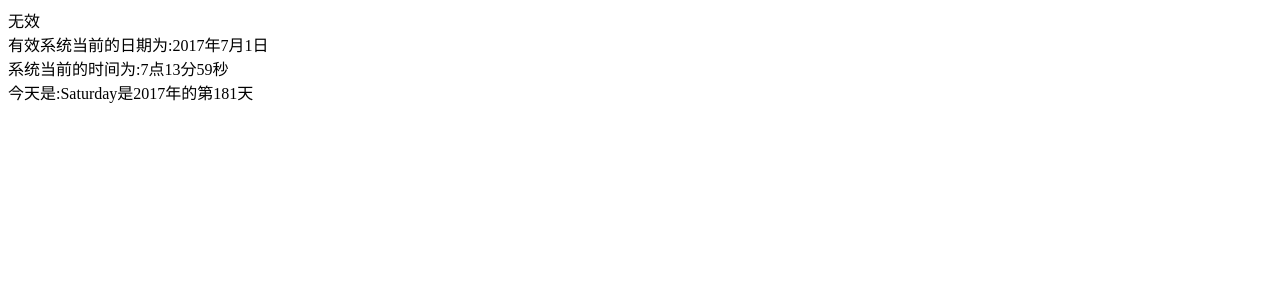
Repository: ljcan/PHP_Scripts
Page: http://localhost/src/new_file04.php
The author's editor kept a copy of each file at every save. The page is drawn from the files as they stood at one save, then again after the next save.
The browser window is 1280 px wide. The pictures show the whole page.
The page is run by PHP 8.4 with error messages shown; the project is at /var/www/html/.

Above is the page before, as saved 2017-07-03 13:56:14.

### myjavascript_file/myphp/src/new_file04.php
<html>
	<head>
		 <meta http-equiv="Content-Type" content="text/html; charset=utf-8" />
		 <title>测试PHP</title>
	</head>
	<body>
        <?php
		echo checkdate(2, 31, 2017)?"有效":"无效"."</br>";
		echo checkdate(5, 31, 2017)?"有效":"无效\n";
		$nowtime=getdate();
		echo "系统当前的日期为:".$nowtime["year"]."年".$nowtime["mon"]."月".$nowtime["mday"]."日"."</br>";
		echo "系统当前的时间为:".$nowtime["hours"]."点".$nowtime["minutes"]."分".$nowtime["seconds"]."秒"."</br>";
		echo "今天是:".$nowtime["weekday"]."是".$nowtime["year"]."年的第".$nowtime["yday"]."天"."</br>";
		?>
	</body>
</html>

After the next save:
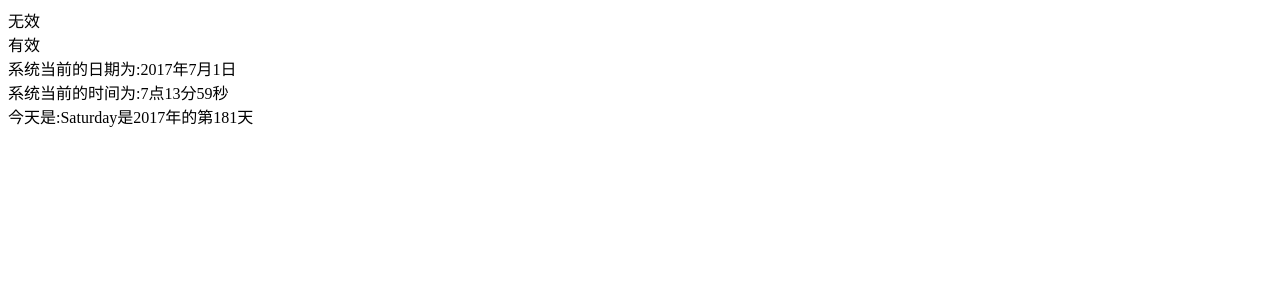
Saved 24 s later.
--- a/myjavascript_file/myphp/src/new_file04.php
+++ b/myjavascript_file/myphp/src/new_file04.php
@@ -8,7 +8,7 @@
 		echo checkdate(2, 31, 2017)?"有效":"无效"."</br>";
 		echo checkdate(5, 31, 2017)?"有效":"无效\n";
 		$nowtime=getdate();
-		echo "系统当前的日期为:".$nowtime["year"]."年".$nowtime["mon"]."月".$nowtime["mday"]."日"."</br>";
+		echo "</br>"."系统当前的日期为:".$nowtime["year"]."年".$nowtime["mon"]."月".$nowtime["mday"]."日"."</br>";
 		echo "系统当前的时间为:".$nowtime["hours"]."点".$nowtime["minutes"]."分".$nowtime["seconds"]."秒"."</br>";
 		echo "今天是:".$nowtime["weekday"]."是".$nowtime["year"]."年的第".$nowtime["yday"]."天"."</br>";
 		?>
